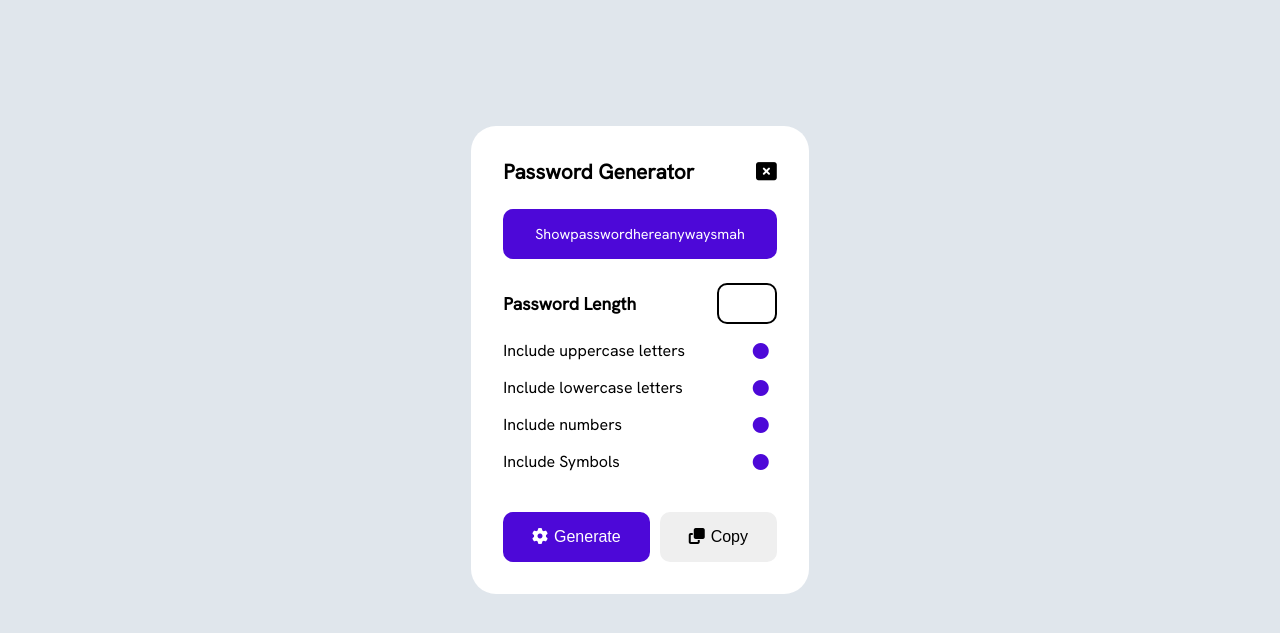
Repository: emiliaiwu/password_generator
Page: index.html
The author's editor kept a copy of each file at every save. The page is drawn from the files as they stood at one save, then again after the next save.
The browser window is 1280 px wide. The pictures show the whole page.
Some web libraries are served in a nearby version.

Above is the page before, as saved 2022-12-14 05:04:33.

### index.html
<!DOCTYPE html>
<html lang="en">
<head>
    <meta charset="UTF-8">
    <meta http-equiv="X-UA-Compatible" content="IE=edge">
    <meta name="viewport" content="width=device-width, initial-scale=1.0">
    <link rel="stylesheet" href="style.css">
    <script src="https://kit.fontawesome.com/fd9c36575f.js" crossorigin="anonymous"></script>
    <title>Password Generator</title>
</head>
<body>
    <div class="container">
        <div class="title">
            <h2>Password Generator</h2>
            <i class="fa-solid fa-rectangle-xmark"></i>
        </div>

        <div class="display_password">
            <p>Showpasswordhereanywaysmah</p>
        </div>

        <div class="password_attributes">
            <div class="password_length">
                <h3>Password Length</h3>
                <input type="text">
            </div>

            <div class="password_includes">
                <ul>
                    <li class="list">
                        <label for="uppercase" id="uppercase_letters">Include uppercase letters
                            <i class="fa-solid fa-circle"></i>
                            <i class="fa-solid fa-circle-check"></i>
                            <input type="checkbox" name="uppercase" id="uppercase" class="uppercase">
                        </label>
                    </li>
                    <li class="list">
                        <label for="lowercase" id="lowercase_letters">Include lowercase letters
                            <i class="fa-solid fa-circle"></i>
                            <i class="fa-solid fa-circle-check"></i>
                            <input type="checkbox" name="lowercase" id="lowercase" class="lowercase">
                        </label>
                    </li>
                    <li class="list">
                        <label for="numbers" id="include_numbers">Include numbers
                            <i class="fa-solid fa-circle"></i>
                            <i class="fa-solid fa-circle-check"></i>
                            <input type="checkbox" name="numbers" id="numbers" class="numbers">
                        </label>

                    </li>
                    <li class="list">
                        <label for="symbols" id="include_symbols">Include Symbols
                            <i class="fa-solid fa-circle"></i>
                            <i class="fa-solid fa-circle-check"></i>
                            <input type="checkbox" name="symbols" id="symbols" class="symbols">
                        </label>

                    </li>
                </ul>
            </div>
        </div>

        <div class="cta">
            <button class="btn generate"><i class="fa-solid fa-gear"></i>Generate</button>
            <button class="btn copy"><i class="fa-solid fa-clone"></i>Copy</button>
        </div>
    </div>
</body>
</html>

### style.css
@import url('https://fonts.googleapis.com/css2?family=Hanken+Grotesk:wght@300;400&display=swap');


* {
    margin: 0;
    padding: 0;
    box-sizing: border-box;
    list-style-type: none;
}


:root {
    --BG-COLOR: #fff;
    --BG-COLOR2:
}


body {
    width: 100vw;
    height: 100vh;
    font-family: 'Hanken Grotesk', sans-serif;
    display: flex;
    align-items: center;
    justify-content: center;
    color: #000;
    background-color: rgb(224, 230, 236);
}

.container {
    background-color: var(--BG-COLOR);
    display: flex;
    flex-direction: column;
    align-items: left;
    justify-content: space-between;
    gap: 1.5rem;
    padding: 2rem;
    border-radius: 25px;

}

h2 {
   font-size: 1.3rem;
   font-family: inherit;
}

h3 {
    font-size: 1.1rem;
    font-family: inherit;
}

.title,
label,
.password_length,
.cta {
    display: flex;
    align-items: center;
    justify-content: space-between;
}

.fa-rectangle-xmark {
    font-size: 1.3rem;
}

.display_password {
    padding: 1rem 2rem;
    border-radius: 10px;
    background: #4d08d8;
    color: #fff;
    overflow: hidden;
}

.display_password p {
    font-size: .9rem;
    word-wrap: break-word;
}

.password_length {
    margin-bottom: 1rem;
}

.password_length input[type="text"] {
    width: 60px;
    padding: .5rem .8rem;
    font-size: 1.1rem;
    border: 2px solid #000;
    border-radius: 10px;
}

.password_length input[type="text"]:focus {
    outline: none;
}

.list {
    margin-top: 1rem;
}

.list input[type="checkbox"] {
    /* width: 20px; */
    padding: 1rem;

}

label {
     position: relative;
}

.list .fa-solid {
    position: absolute;
    top: 50%;
    right: 0;
    transform: translate(-50%, -50%);
}

.fa-circle {
    color: #4d08d8;
}

.fa-circle-check{
    opacity: 0;
}

.list input {
    opacity: 0;
}


.btn {
    margin-top: 1rem;
    padding: 1rem 1.8rem;
    font-size: 1rem;
    border: none;
    border-radius: 10px;

}

.generate {
    background-color:#4d08d8;
    color: #fff;
}

.btn .fa-solid {
    margin-right: 6px;
}

After the next save:
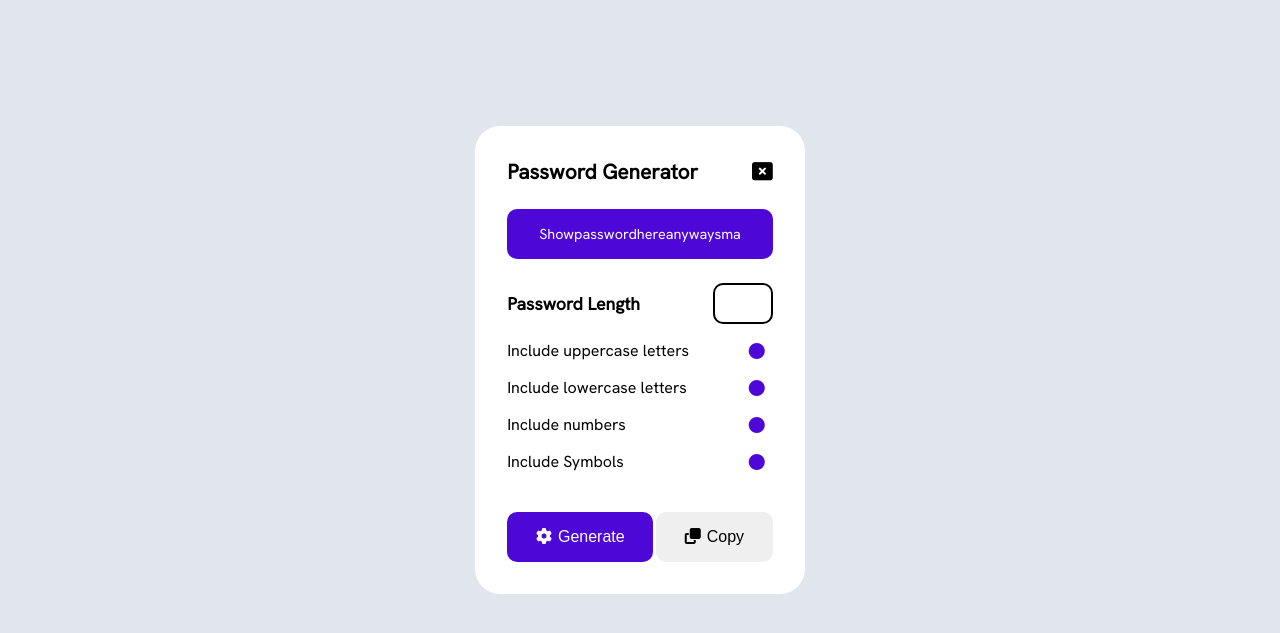
Saved 31 s later.
--- a/index.html
+++ b/index.html
@@ -16,7 +16,7 @@
         </div>
 
         <div class="display_password">
-            <p>Showpasswordhereanywaysmah</p>
+            <p>Showpasswordhereanywaysma</p>
         </div>
 
         <div class="password_attributes">
